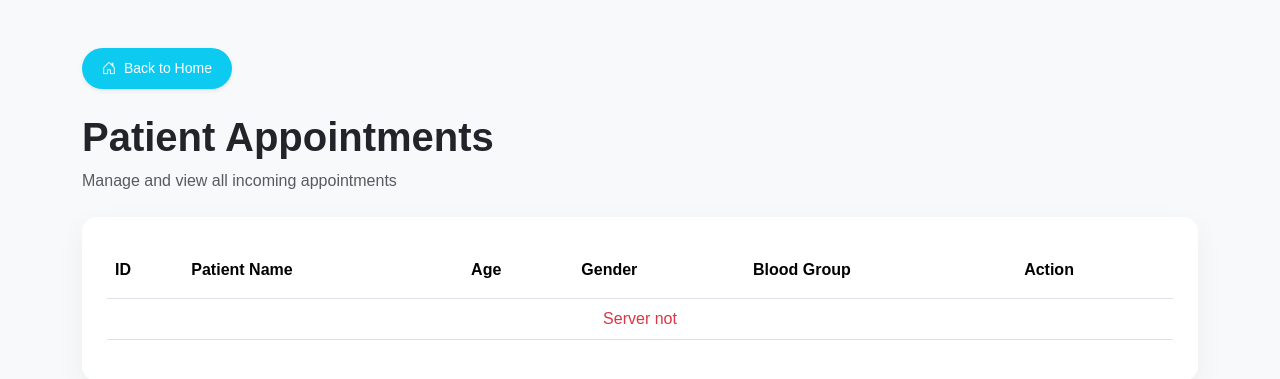
Repository: Rajasekaran0415/LifeCare-Management-System
Page: Project/nurseHompage.html
The author's editor kept a copy of each file at every save. The page is drawn from the files as they stood at one save, then again after the next save.
The browser window is 1280 px wide. The pictures show the whole page.
The page's requests for data from a server got no answer.

Above is the page before, as saved 2026-02-02 22:02:58.

After the next save:
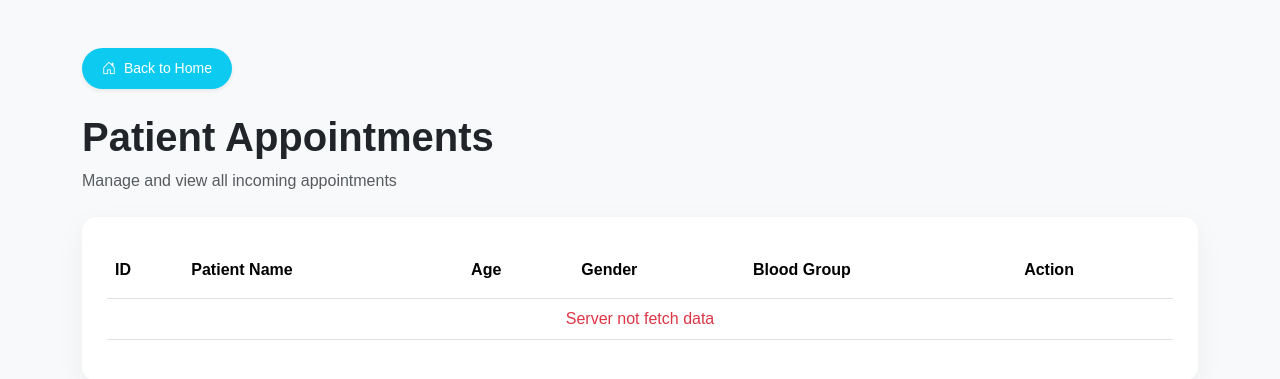
Saved 4 s later.
--- a/Project/nurseHompage.html
+++ b/Project/nurseHompage.html
@@ -82,7 +82,7 @@
         } catch (error) {
             console.error("Error fetching data:", error);
             document.getElementById('appointmentTableBody').innerHTML =
-                "<tr><td colspan='6' class='text-center text-danger'>Server not </td></tr>";
+                "<tr><td colspan='6' class='text-center text-danger'>Server not fetch data</td></tr>";
         }
     }
 
